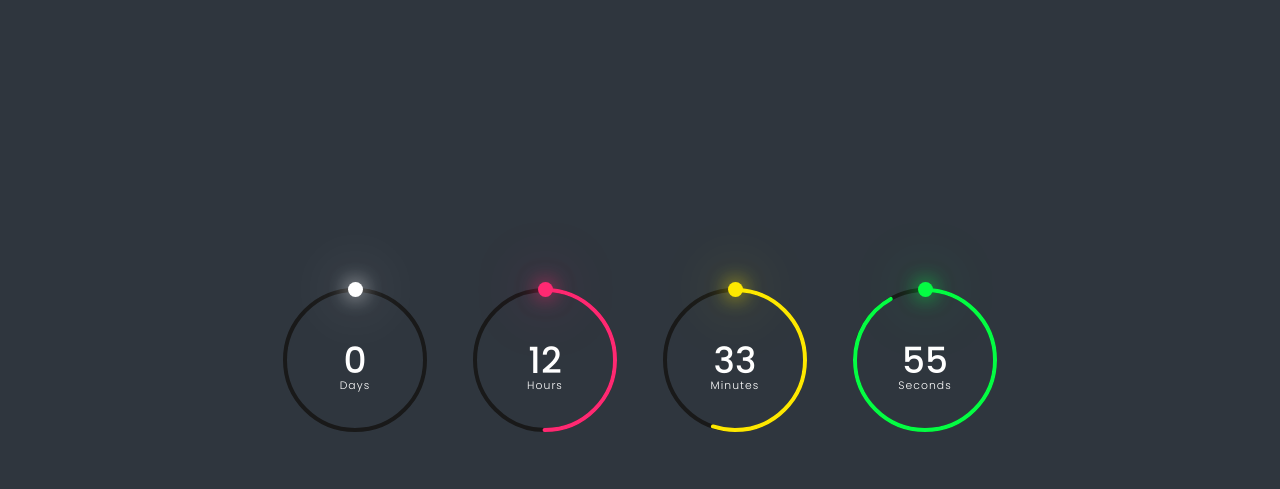
Repository: northpx/happyNY
Page: index.html
An editor plug-in stored every save of this project. The page is shown before and after the next save, followed by the edit.
The browser window is 1280 px wide. The pictures show the whole page.

Above is the page before, as saved 2022-12-31 11:41:42.

### index.html
<!DOCTYPE html>
<html lang="en">
<head>
    <meta charset="UTF-8">
    <meta http-equiv="X-UA-Compatible" content="IE=edge">
    <meta name="viewport" content="width=device-width, initial-scale=1.0">
    <link rel="stylesheet" href="style.css">
    <title>Hour</title>
</head>
<body>
    <h1 class="newYear">2023<br><span>HAPPY NEW YEAR</span></h1>
    <div id="time">
        <div class="circle" style="--clr:#ffffff;">
            <div class="dots day_dot"></div>
            <svg>
                <circle cx="70" cy="70" r="70"></circle>
                <circle cx="70" cy="70" r="70" id="dd"></circle>
            </svg>
            <div id="days">00<br><span>DAYS</span></div>
        </div>
        <div class="circle" style="--clr:#ff2972;">
            <div class="dots hr_dot"></div>
            <svg>
                <circle cx="70" cy="70" r="70"></circle>
                <circle cx="70" cy="70" r="70" id="hh"></circle>
            </svg>
            <div id="hours">00<br><span>HOURS</span></div>
        </div>
        <div class="circle" style="--clr:#fee800;">
            <div class="dots min_dot"></div>
            <svg>
                <circle cx="70" cy="70" r="70"></circle>
                <circle cx="70" cy="70" r="70" id="mm"></circle>
            </svg>
            <div id="minutes">00<br><span>MINUTES</span></div>
        </div>
        <div class="circle" style="--clr:#04fc43;">
            <div class="dots sec_dot"></div>
            <svg>
                <circle cx="70" cy="70" r="70"></circle>
                <circle cx="70" cy="70" r="70" id="ss"></circle>
            </svg>
            <div id="seconds">00<br><span>SECONDS</span></div>
        </div>
    </div>

    <script>
        let days = document.getElementById("days")
        let hours = document.getElementById("hours")
        let minutes = document.getElementById("minutes")
        let seconds = document.getElementById("seconds")

        let dd = document.getElementById("dd")
        let hh = document.getElementById("hh")
        let mm = document.getElementById("mm")
        let ss = document.getElementById("ss")

        let day_dot = document.querySelector(".day_dot")
        let hr_dot = document.querySelector(".hr_dot")
        let min_dot = document.querySelector(".min_dot")
        let sec_dot = document.querySelector(".sec_dot")

        let endDate = '01/01/2023 00:00:00'

        let x = setInterval(function(){
            let now = new Date(endDate).getTime();
            let countDown = new Date().getTime();
            let distance = now - countDown;

            let d = Math.floor(distance / (1000 * 60 * 60 *24))
            let h = Math.floor((distance % (1000 * 60 * 60 * 24)) / (1000 * 60 * 60))
            let m = Math.floor((distance % (1000 * 60 * 60)) / (1000 * 60))
            let s = Math.floor((distance % (1000 * 60)) / (1000))

            days.innerHTML = d + "<br><span>Days</span>"
            hours.innerHTML = h + "<br><span>Hours</span>"
            minutes.innerHTML = m + "<br><span>Minutes</span>"
            seconds.innerHTML = s + "<br><span>Seconds</span>"

            dd.style.strokeDashoffset = 440 - (440 * d) / 365
            hh.style.strokeDashoffset = 440 - (440 * h) / 24
            mm.style.strokeDashoffset = 440 - (440 * m) / 60
            ss.style.strokeDashoffset = 440 - (440 * s) / 60

            day_dot.style.transform = `rotateZ(${d * 0.9986}deg)`
            hr_dot.style.transform = `rotateZ(${d * 15}deg)`
            day_dot.style.transform = `rotateZ(${d * 0.9986}deg)`
            day_dot.style.transform = `rotateZ(${d * 0.9986}deg)`
        })
    </script>
</body>
</html>

### style.css
@import url('https://fonts.googleapis.com/css2?family=Poppins:ital,wght@0,100;0,200;0,300;0,400;0,500;0,600;0,700;0,800;0,900;1,100;1,300;1,400;1,500;1,600;1,700;1,800;1,900&display=swap');

*{
    margin: 0;
    padding: 0;
    box-sizing: border-box;
    font-family: 'Poppins', sans-serif;
}

body{
    display: flex;
    justify-content: center;
    align-items: center;
    min-height: 100vh;
    background: #2f363e;
}

#time{
    display: flex;
    gap: 40px;
    color: #fff;
}

#time .circle{
    position: relative;
    width: 150px;
    height: 150px;
    display: flex;
    justify-content: center;
    align-items: center;
}

#time .circle svg{
    position: relative;
    width: 150px;
    height: 150px;
    transform: rotate(270deg);
}

#time .circle svg circle{
    width: 100%;
    height: 100%;
    fill: transparent;
    stroke: #191919;
    stroke-linecap: round;
    stroke-width: 4;
    transform: translate(5px,5px);
}

#time .circle svg circle:nth-child(2){
    stroke: var(--clr);
    stroke-dasharray: 440;
    stroke-dashoffset: 440;
}

#time div{
    position: absolute;
    text-align: center;
    font-weight: 500;
    font-size: 1.5em;
}


#time div span{
    position: absolute;
    transform: translateX(-50%) translateY(-10px);
    font-size: 0.30em;
    font-weight: 300;
    letter-spacing: 0.1em;
    /* text-transform: uppercase; */
}

.dots{
    position: absolute;
    width: 100%;
    height: 100%;
    z-index: 10;
    display: flex;
    justify-content: center;
}

.dots::before{
    content: "";
    position: absolute;
    top: -3px;
    width: 15px;
    height: 15px;
    background: var(--clr);
    border-radius: 50%;
    box-shadow: 0 0 20px var(--clr),
    0 0 60px var(--clr);
}

.newYear {
    font-size: 8em;
    font-weight: 500;
    color: #fff;
    text-align: center;
    line-height: 0.6em;
    display: none;
}

.newYear span{
    font-size: 0.5em;
    font-weight: 300;
}

After the next save:
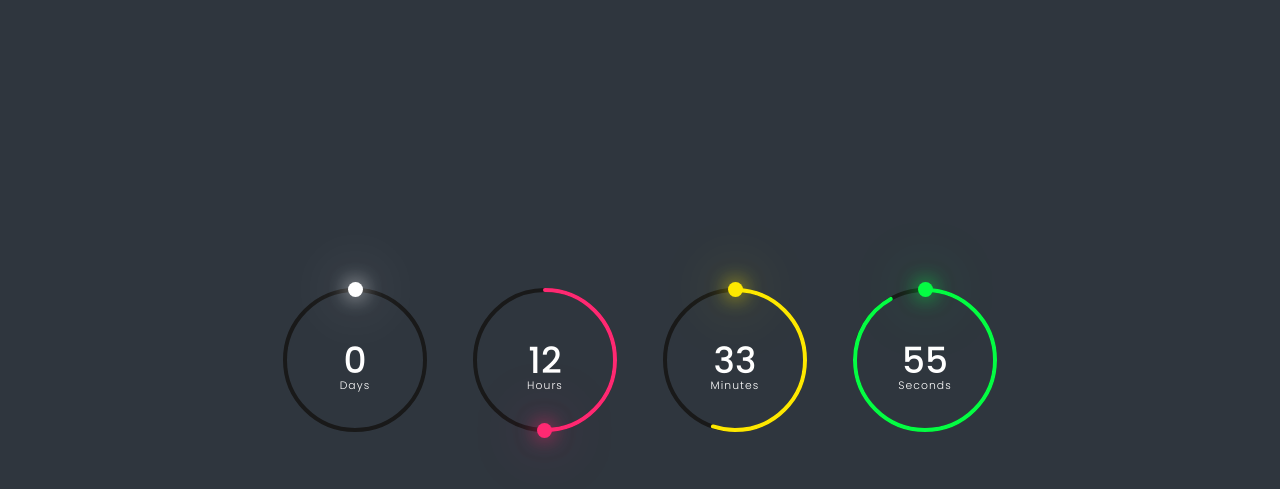
Saved 4 s later.
--- a/index.html
+++ b/index.html
@@ -83,7 +83,7 @@
             ss.style.strokeDashoffset = 440 - (440 * s) / 60
 
             day_dot.style.transform = `rotateZ(${d * 0.9986}deg)`
-            hr_dot.style.transform = `rotateZ(${d * 15}deg)`
+            hr_dot.style.transform = `rotateZ(${h * 15}deg)`
             day_dot.style.transform = `rotateZ(${d * 0.9986}deg)`
             day_dot.style.transform = `rotateZ(${d * 0.9986}deg)`
         })
